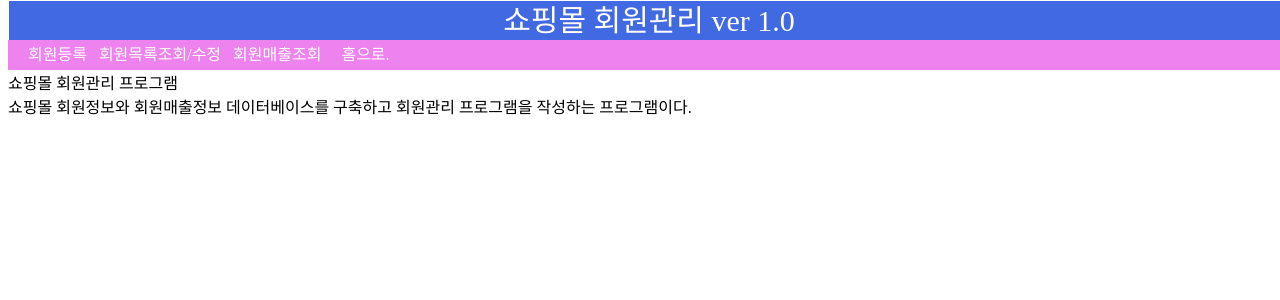
Repository: GotChun/license_practice
Page: http://localhost/HRD_8155/
An editor plug-in stored every save of this project. The page is shown before and after the next save, followed by the edit.
The browser window is 1280 px wide. The pictures show the whole page.
The page is served by Tomcat 9.

Above is the page before, as saved 2025-02-18 14:21:39.

After the next save:
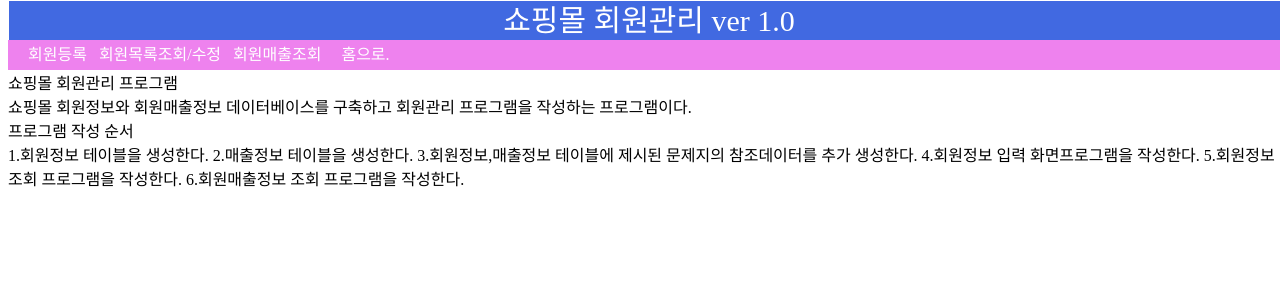
Saved 66 s later.
--- a/HRD_8155/src/main/webapp/index.jsp
+++ b/HRD_8155/src/main/webapp/index.jsp
@@ -16,6 +16,13 @@
 	 <section style="position:fixed; top:70px; width:100%; height:100%;">
 	 	쇼핑몰 회원관리 프로그램<br>
 	 	쇼핑몰 회원정보와 회원매출정보 데이터베이스를 구축하고 회원관리 프로그램을 작성하는 프로그램이다.<br>
+	 	프로그램 작성 순서<br>
+	 	1.회원정보 테이블을 생성한다.
+	 	2.매출정보 테이블을 생성한다.
+	 	3.회원정보,매출정보 테이블에 제시된 문제지의 참조데이터를 추가 생성한다.
+	 	4.회원정보 입력 화면프로그램을 작성한다.
+	 	5.회원정보 조회 프로그램을 작성한다.
+	 	6.회원매출정보 조회 프로그램을 작성한다.
 	 </section>
 
 </body>
